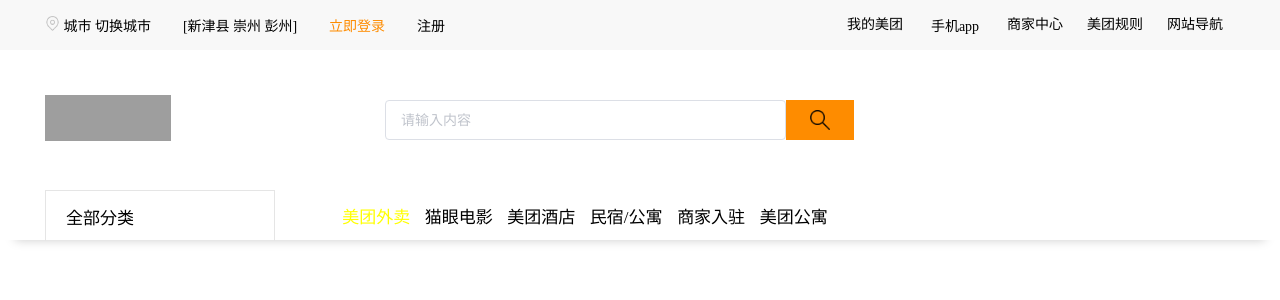
Repository: jinggegeZ/-
Page: /
The author's editor kept a copy of each file at every save. The page is drawn from the files as they stood at one save, then again after the next save.
The browser window is 1280 px wide. The pictures show the whole page.
The pointer rests on the first visible `.nav2box2font`.
Pictures or frames that could not be fetched are drawn as grey boxes. The page's requests for data from a server got no answer. The project was rebuilt for these pictures with package versions that can differ from the ones it lists, and the page was loaded fresh each time. No one was signed in, and anything a server would have sent is missing. Also part of the build but not shown: vue.config.js.

Above is the page before, as saved 2020-08-20 13:54:16.

After the next save:
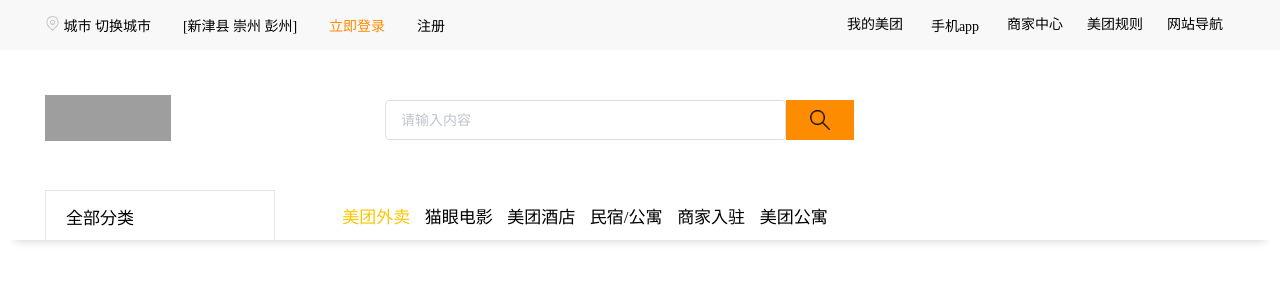
Saved 24 s later.
--- a/src/style/style.css
+++ b/src/style/style.css
@@ -188,7 +188,7 @@
     border-radius: 5px;
 }
 .nav2box2font:hover {
-    color: yellow;
+    color: rgb(251,199,0);
 }
 .nav2box2font2:hover {
     color: red;
